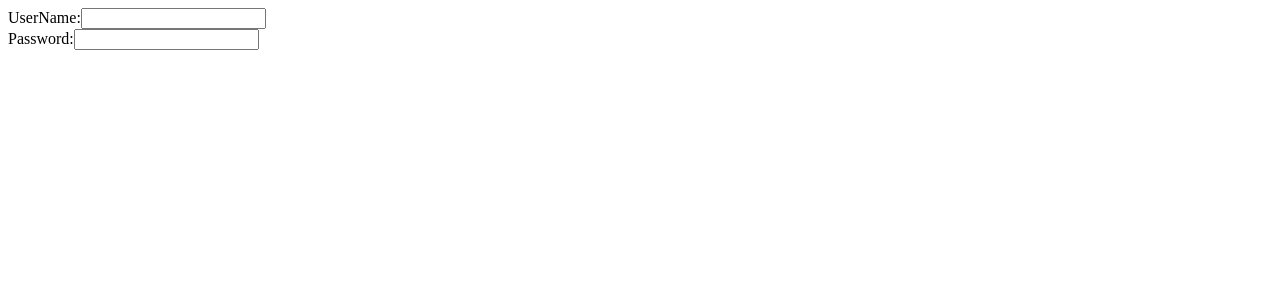
Repository: amit4alljava/AngularAprilBatch
Page: Day-7/AngularWithJava/AngularWithJava/WebContent/login.html
These files come from the project's save history. The page is drawn as it stood at one moment and after the next save; the edit follows.
The browser window is 1280 px wide. The pictures show the whole page.

Above is the page before, as saved 2016-04-28 04:06:18.
Console error (its wording comes from the project's code and is left out).

After the next save:
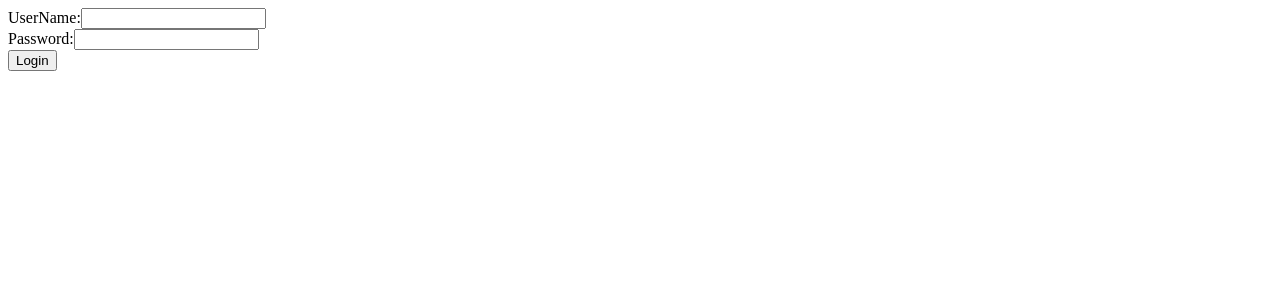
Saved 48 s later.
--- a/Day-7/AngularWithJava/AngularWithJava/WebContent/login.html
+++ b/Day-7/AngularWithJava/AngularWithJava/WebContent/login.html
@@ -9,6 +9,7 @@
 <form>
 UserName:<input type="text" ng-model="userid"><br>
 Password:<input type="password" ng-model="pwd"><br>
+<button ng-click="doLogin()">Login</button>
 </form>
 </body>
 </html>
